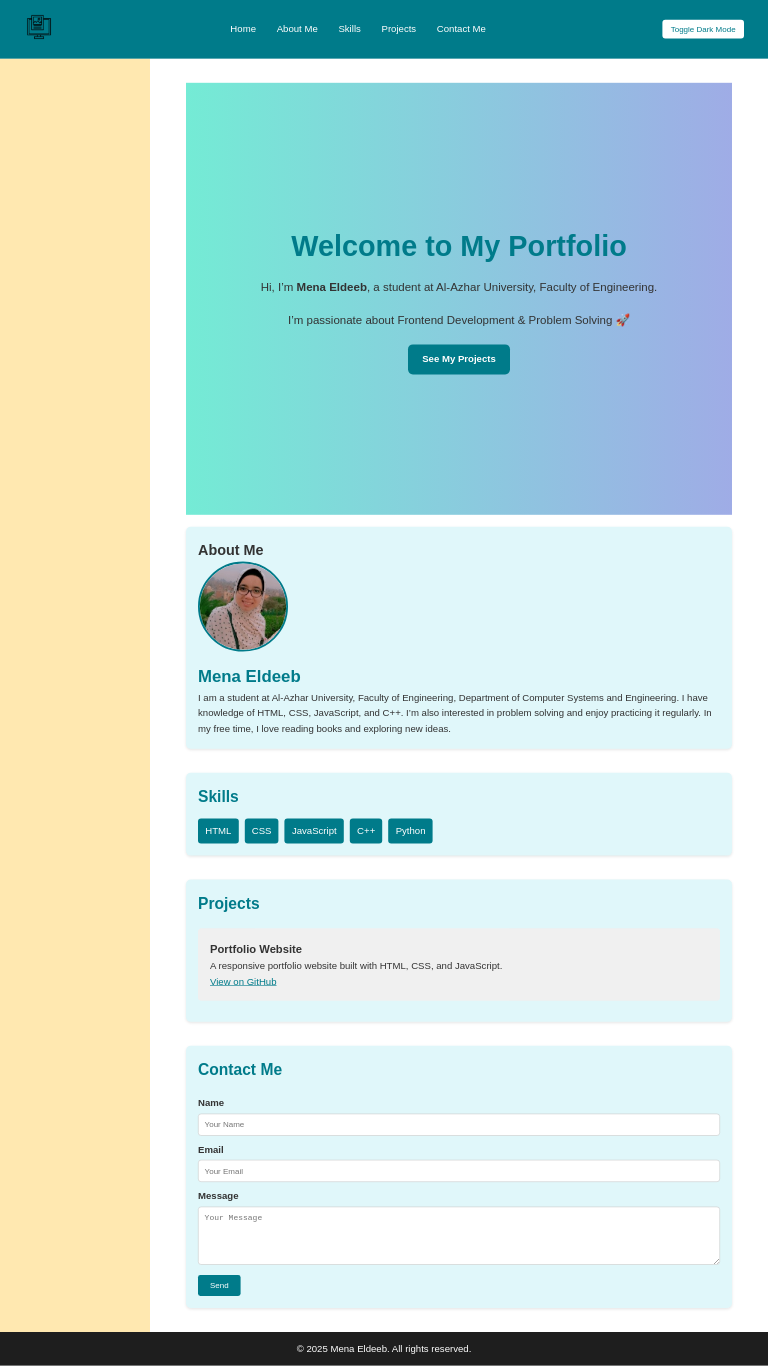
Repository: MenaEldeeb/My-Portfolio
Page: index.html
The author's editor kept a copy of each file at every save. The page is drawn from the files as they stood at one save, then again after the next save.
The browser window is 1280 px wide. The pictures show the whole page, at 60% of full size.
Some icons come from a web library that is not loaded, so they are not drawn.

Above is the page before, as saved 2025-08-20 11:55:53.

### index.html
<!DOCTYPE html>
<html lang="en">
<head>
  <meta charset="UTF-8" />
  <meta name="viewport" content="width=device-width, initial-scale=1.0" />
  <title>My Portfolio</title>
 <link rel="stylesheet" href="CSS/style.css">
  <!-- Font Awesome Icons -->
  <script src="https://kit.fontawesome.com/your-code.js" crossorigin="anonymous"></script>
</head>
<body>
  <div id="container">

    <!-- Header -->
    <header id="hd">
      <div class="logo">
        <img src="images/logo.png" alt="Logo" />
      </div>

      <nav class="nav-text">
        <a href="#home">Home</a>
        <a href="#about">About Me</a>
        <a href="#skills">Skills</a>
        <a href="#projects">Projects</a>
        <a href="#contact">Contact Me</a>
      </nav>

      <button id="theme-toggle">Toggle Dark Mode</button>
    </header>

    <!-- Sidebar -->
    <aside id="sd">
      <nav class="icon-nav">
        <a href="#home" title="Home" aria-label="Home"><i class="fas fa-home"></i></a>
        <a href="#about" title="About Me" aria-label="About Me"><i class="fas fa-user"></i></a>
        <a href="#skills" title="Skills" aria-label="Skills"><i class="fas fa-laptop-code"></i></a>
        <a href="#projects" title="Projects" aria-label="Projects"><i class="fas fa-folder-open"></i></a>
        <a href="#contact" title="Contact Me" aria-label="Contact Me"><i class="fas fa-envelope"></i></a>
      </nav>
    </aside>

    <!-- Main Content -->
    <main id="mn">

      <!-- Home -->
      <section id="home">
        <div class="home-content">
          <h1>Welcome to My Portfolio</h1>
          <p>Hi, I’m <strong>Mena Eldeeb</strong>, a student at Al-Azhar University, Faculty of Engineering.</p>
          <p>I’m passionate about Frontend Development & Problem Solving 🚀</p>
          <a href="#projects" class="btn">See My Projects</a>
        </div>
      </section>

      <!-- About Me -->
      <section id="about">
        <h2>About Me</h2>
        <div class="about-content">
          <img src="images/Mena.jpg" alt="Profile picture of Mena Eldeeb" class="profile-img" />
          <div>
            <h1 class="my-name">Mena Eldeeb</h1>
            <p>
              I am a student at Al-Azhar University, Faculty of Engineering, Department of Computer Systems and Engineering.
              I have knowledge of HTML, CSS, JavaScript, and C++. I’m also interested in problem solving and enjoy practicing it regularly.
              In my free time, I love reading books and exploring new ideas.
            </p>
          </div>
        </div>
      </section>

      <!-- Skills -->
      <section id="skills">
        <h2>Skills</h2>
        <ul>
          <li>HTML</li>
          <li>CSS</li>
          <li>JavaScript</li>
          <li>C++</li>
          <li>Python</li>
        </ul>
      </section>

      <!-- Projects -->
      <section id="projects">
        <h2>Projects</h2>
        <div class="projects-container">
          <div class="project-card">
            <h3>Portfolio Website</h3>
            <p>A responsive portfolio website built with HTML, CSS, and JavaScript.</p>
            <a href="https://github.com/MenaEldeeb/My-PORTOFOLIO.git" target="_blank" rel="noopener noreferrer">View on GitHub</a>
          </div>
        </div>
      </section>

      <!-- Contact Me -->
      <section id="contact">
        <h2>Contact Me</h2>
        <form id="contact-form" method="POST" action="https://formsubmit.co/menaeldeeb98@gmail.com">
          <input type="hidden" name="_captcha" value="false" />

          <label for="name">Name</label>
          <input type="text" id="name" name="name" placeholder="Your Name" required />

          <label for="email">Email</label>
          <input type="email" id="email" name="email" placeholder="Your Email" required />

          <label for="message">Message</label>
          <textarea id="message" name="message" placeholder="Your Message" rows="5" required></textarea>

          <button type="submit">Send</button>
        </form>
        <p id="form-status" style="color: green; margin-top: 10px; display: none;"></p>
      </section>
    </main>

    <!-- Footer -->
    <footer id="ft">
      &copy; 2025 Mena Eldeeb. All rights reserved.
    </footer>
  </div>

  <script>
    // Dark Mode Toggle
    const toggleBtn = document.getElementById('theme-toggle');
    toggleBtn.addEventListener('click', () => {
      document.body.classList.toggle('dark-mode');
    });

    // Handle form submission
    const form = document.getElementById('contact-form');
    const status = document.getElementById('form-status');

    form.addEventListener('submit', e => {
      e.preventDefault();
      const formData = new FormData(form);

      fetch(form.action, {
        method: 'POST',
        body: formData,
        headers: { 'Accept': 'application/json' }
      }).then(response => {
        if (response.ok) {
          status.style.color = 'green';
          status.textContent = 'Thank you! Your message has been sent.';
          status.style.display = 'block';
          form.reset();
        } else {
          return response.json().then(data => {
            status.style.color = 'red';
            status.textContent = data.errors ? data.errors.map(e => e.message).join(", ") : 'Oops! There was a problem submitting your form';
            status.style.display = 'block';
          });
        }
      }).catch(() => {
        status.style.color = 'red';
        status.textContent = 'Oops! There was a problem submitting your form';
        status.style.display = 'block';
      });
    });
  </script>
</body>
</html>

### CSS/style.css
/* ========== Reset ========== */
* {
  margin: 0;
  padding: 0;
  box-sizing: border-box;
}

/* ========== Global Styles ========== */
body {
  font-family: 'Poppins', sans-serif;
  background-color: #f5f7fa;
  color: #333;
  line-height: 1.6;
}

/* ========== Home Section ========== */
#home {
  height: 100vh;
  display: flex;
  justify-content: center;
  align-items: center;
  text-align: center;
  background: linear-gradient(to right, #74ebd5, #9face6);
  color: #333;
  padding: 20px;
  margin-bottom: 20px;
}
#home h1 {
  font-size: 3rem;
  margin-bottom: 1rem;
  color: #007b8a;
}
#home p {
  font-size: 1.2rem;
  margin-bottom: 1.5rem;
}
#home .btn {
  display: inline-block;
  padding: 12px 24px;
  background: #007b8a;
  color: #fff;
  border-radius: 8px;
  text-decoration: none;
  font-weight: bold;
  transition: background 0.3s, transform 0.2s;
}
#home .btn:hover {
  background: #005f6b;
  transform: scale(1.05);
}
/* Dark Mode Home */
body.dark-mode #home {
  background: linear-gradient(to right, #1e1e1e, #333);
  color: #f1f1f1;
}
body.dark-mode #home h1 {
  color: #90caf9;
}

/* ========== Layout ========== */
#container {
  display: grid;
  grid-template-areas:
    "hd"
    "mn"
    "sd"
    "ft";
  grid-template-columns: 1fr;
  grid-template-rows: auto;
  min-height: 100vh;
}

/* ========== Header ========== */
#hd {
  grid-area: hd;
  background-color: #007b8a;
  color: white;
  display: flex;
  justify-content: space-between;
  align-items: center;
  flex-wrap: wrap;
  padding: 20px;
}
.logo img {
  height: 50px;
}
.nav-text a {
  color: white;
  text-decoration: none;
  margin: 0 15px;
  font-weight: 500;
  transition: color 0.3s;
}
.nav-text a:hover {
  color: #ffd580;
}
#theme-toggle {
  background-color: white;
  color: #007b8a;
  border: none;
  padding: 8px 14px;
  border-radius: 5px;
  cursor: pointer;
  transition: background 0.3s;
}
#theme-toggle:hover {
  background-color: #eee;
}

/* ========== Sidebar ========== */
#sd {
  grid-area: sd;
  background-color: #ffe8b0;
  display: flex;
  justify-content: center;
  gap: 20px;
  padding: 20px;
  font-size: 20px;
}
.icon-nav a {
  color: #333;
  transition: color 0.3s;
}
.icon-nav a:hover {
  color: #007b8a;
}

/* ========== Main Content ========== */
#mn {
  grid-area: mn;
  padding: 30px 20px;
  background-color: #fff;
}

/* ========== Section Styling (About, Skills, Projects, Contact) ========== */
#about, #skills, #projects, #contact {
  background-color: #e0f7fa;
  border-radius: 8px;
  padding: 20px;
  margin-bottom: 40px;
  box-shadow: 0 2px 5px rgba(0,0,0,0.1);
}
#contact { margin-bottom: 0; }

/* ========== About ========== */
.about-content {
  display: flex;
  gap: 20px;
  align-items: center;
  flex-wrap: wrap;
}
.profile-img {
  width: 150px;
  height: 150px;
  border-radius: 50%;
  object-fit: cover;
  border: 3px solid #007b8a;
}
.my-name {
  font-size: 28px;
  color: #007b8a;
}

/* ========== Skills ========== */
#skills h2 {
  font-size: 26px;
  margin-bottom: 15px;
  color: #007b8a;
}
#skills ul {
  list-style: none;
  display: flex;
  flex-wrap: wrap;
  gap: 10px;
  margin-top: 10px;
}
#skills li {
  background-color: #007b8a;
  color: white;
  padding: 8px 12px;
  border-radius: 5px;
}

/* ========== Projects ========== */
#projects h2 {
  font-size: 26px;
  margin-bottom: 15px;
  color: #007b8a;
}
.projects-container {
  margin-top: 20px;
}
.project-card {
  background-color: #f0f0f0;
  padding: 20px;
  border-radius: 6px;
  margin-bottom: 15px;
}
.project-card a {
  color: #007b8a;
  text-decoration: underline;
}

/* ========== Contact ========== */
#contact h2 {
  font-size: 26px;
  margin-bottom: 15px;
  color: #007b8a;
}
.contact-info p {
  margin-bottom: 5px;
  font-weight: 500;
}
form {
  margin-top: 20px;
}
form label {
  display: block;
  margin-bottom: 5px;
  font-weight: bold;
}
form input, form textarea {
  width: 100%;
  padding: 10px;
  margin-bottom: 10px;
  border: 1px solid #ccc;
  border-radius: 5px;
}
form button {
  background-color: #007b8a;
  color: white;
  padding: 10px 20px;
  border: none;
  border-radius: 4px;
  cursor: pointer;
}
form button:hover {
  background-color: #005f6b;
}

/* ========== Footer ========== */
#ft {
  grid-area: ft;
  background-color: #1e1e1e;
  color: white;
  text-align: center;
  padding: 15px 0;
}

/* ========== Dark Mode ========== */
body.dark-mode {
  background-color: #121212;
  color: #f1f1f1;
}
body.dark-mode #hd,
body.dark-mode #ft {
  background-color: #1e1e1e;
  color: #f1f1f1;
}
body.dark-mode #mn {
  background-color: #1a1a1a;
}
body.dark-mode #about,
body.dark-mode #skills,
body.dark-mode #projects,
body.dark-mode #contact {
  background-color: #2a2a2a;
  box-shadow: none;
}
body.dark-mode .project-card {
  background-color: #3a3a3a;
  border-color: #555;
}
body.dark-mode form input,
body.dark-mode form textarea {
  background-color: #333;
  color: white;
  border: 1px solid #555;
}
body.dark-mode .nav-text a,
body.dark-mode .icon-nav a {
  color: #90caf9;
}

/* ========== Responsive Design ========== */
/* Small screens — Mobile */
@media (max-width: 768px) {
  #hd {
    flex-direction: column;
    gap: 10px;
    text-align: center;
  }
  .about-content {
    flex-direction: column;
    text-align: center;
  }
  #skills ul {
    justify-content: center;
  }
  #sd {
    flex-wrap: wrap;
  }
}

/* Medium screens — Tablets */
@media (min-width: 769px) and (max-width: 1023px) {
  #container {
    grid-template-areas:
      "hd"
      "sd"
      "mn"
      "ft";
    grid-template-columns: 1fr;
    grid-template-rows: auto auto 1fr auto;
  }
  #hd {
    padding: 20px 40px;
  }
  #sd {
    justify-content: flex-start;
    gap: 30px;
    font-size: 22px;
    padding: 20px 40px;
  }
  #mn {
    padding: 40px 40px;
  }
}

/* Large screens — Desktop and above */
@media (min-width: 1024px) {
  #container {
    grid-template-areas:
      "hd hd"
      "sd mn"
      "ft ft";
    grid-template-columns: 250px 1fr;
    grid-template-rows: auto 1fr auto;
    min-height: 100vh;
  }
  #hd {
    padding: 20px 40px;
  }
  #sd {
    flex-direction: column;
    justify-content: flex-start;
    align-items: flex-start;
    gap: 20px;
    padding: 30px 20px;
    font-size: 22px;
  }
  #mn {
    padding: 40px 60px;
    background-color: #fff;
  }
}

After the next save:
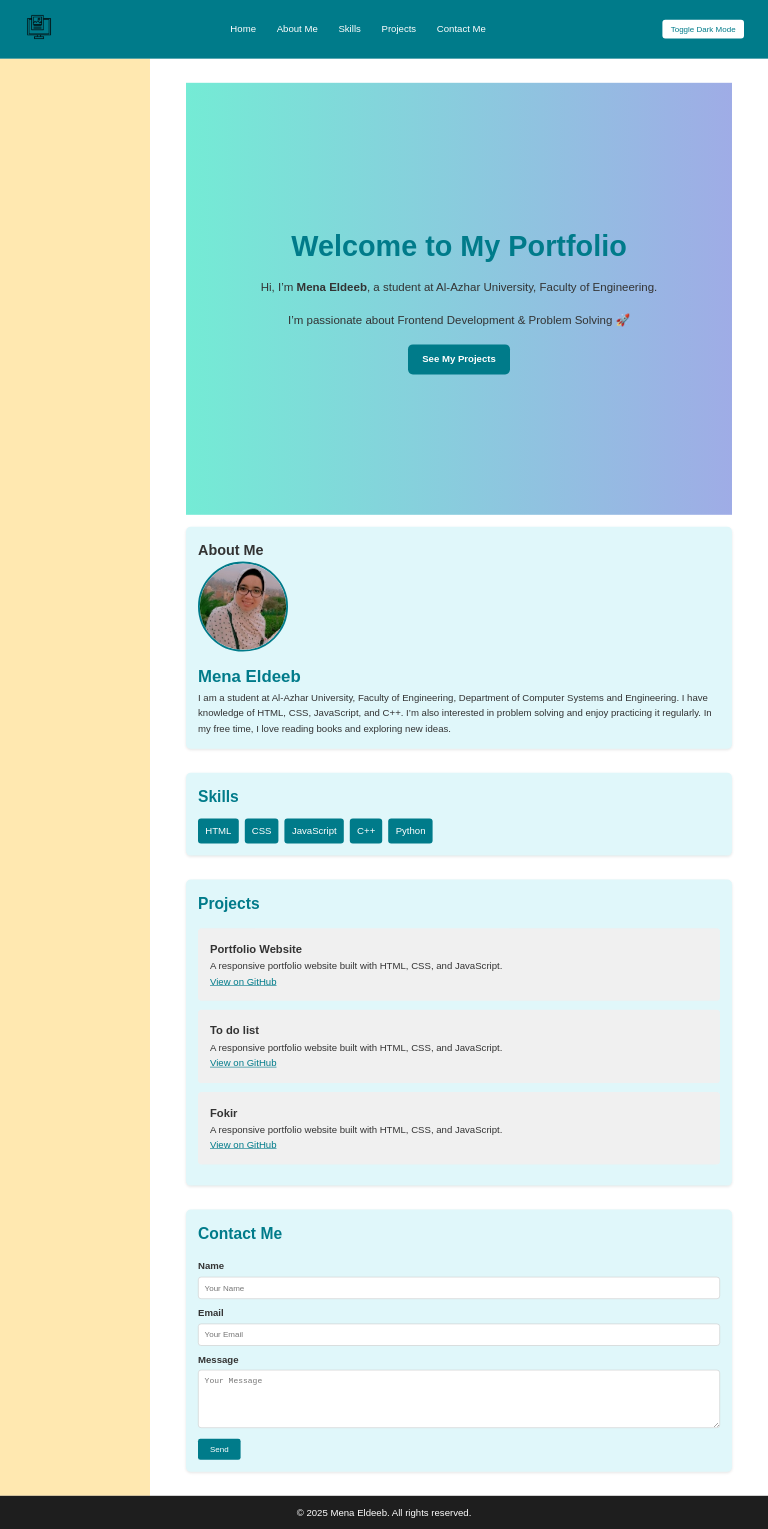
Saved 5 min 7 s later.
--- a/index.html
+++ b/index.html
@@ -88,6 +88,15 @@
             <h3>Portfolio Website</h3>
             <p>A responsive portfolio website built with HTML, CSS, and JavaScript.</p>
             <a href="https://github.com/MenaEldeeb/My-PORTOFOLIO.git" target="_blank" rel="noopener noreferrer">View on GitHub</a>
+          </div> <div class="project-card">
+            <h3>To do list</h3>
+            <p>A responsive portfolio website built with HTML, CSS, and JavaScript.</p>
+            <a href="https://github.com/MenaEldeeb/To-Do-Iist.git" target="_blank" rel="noopener noreferrer">View on GitHub</a>
+          </div>
+          <div class="project-card">
+            <h3>Fokir</h3>
+            <p>A responsive portfolio website built with HTML, CSS, and JavaScript.</p>
+            <a href="https://github.com/MenaEldeeb/fokir.git" target="_blank" rel="noopener noreferrer">View on GitHub</a>
           </div>
         </div>
       </section>
